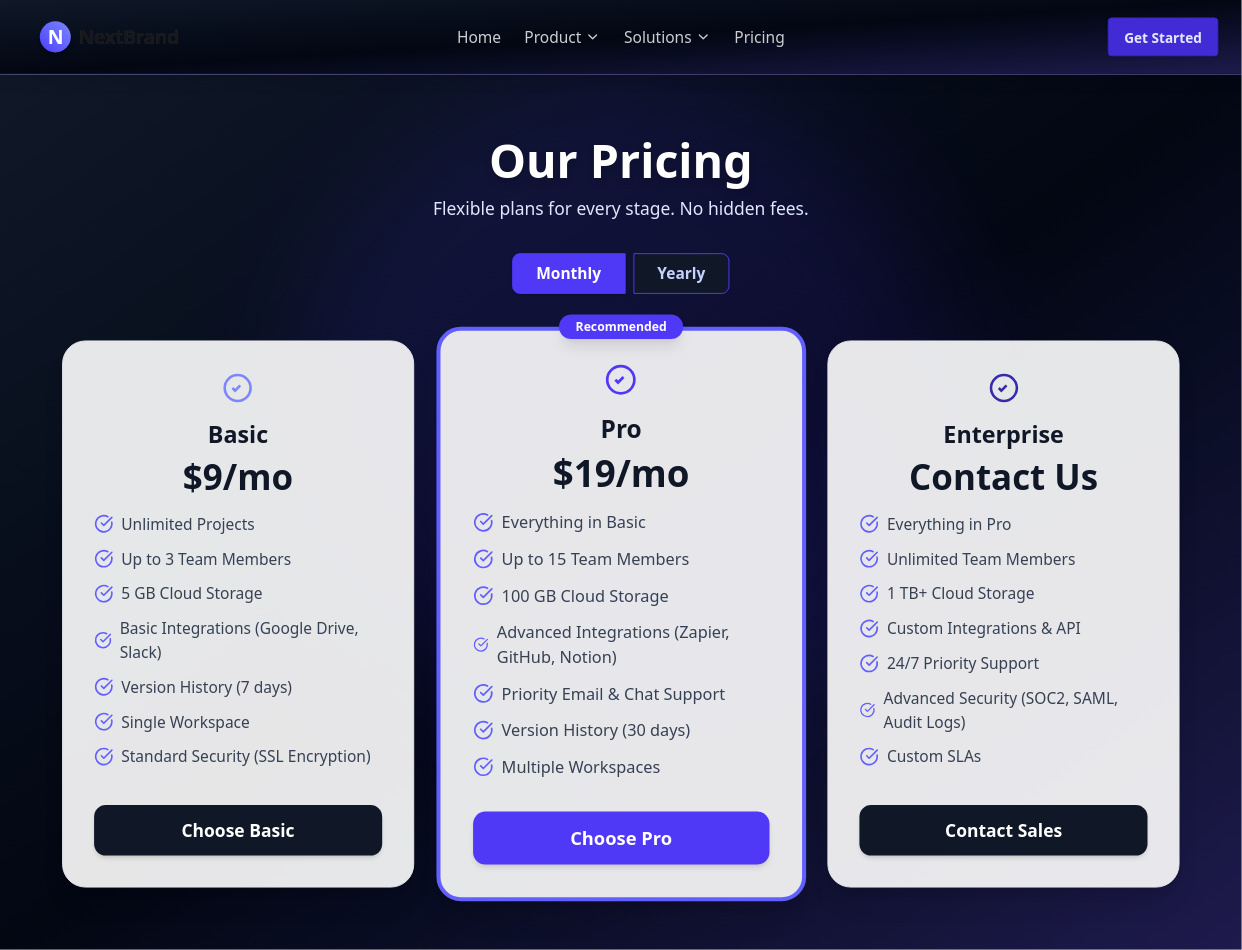
Repository: Chiranshukapil/Next_Brand
Page: /pricing
An editor plug-in stored every save of this project. The page is shown before and after the next save, followed by the edit.
The browser window is 1280 px wide. The pictures show the whole page, at 97% of full size.
The project was rebuilt for these pictures with package versions that can differ from the ones it lists, and the page was loaded fresh each time. Also part of the build but not shown: vite.config.js.

Above is the page before, as saved 2025-06-18 12:42:18.

After the next save:
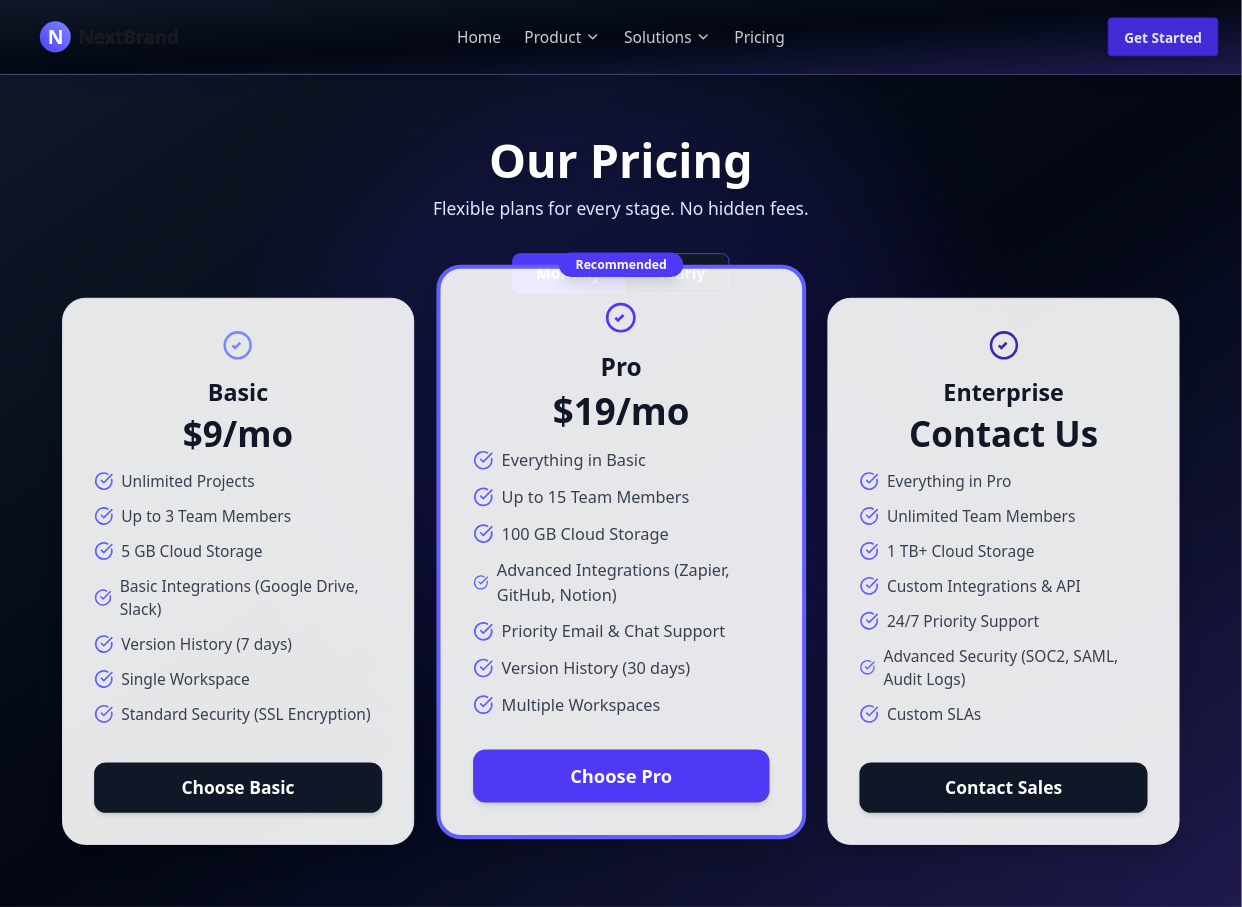
Saved 5 s later.
--- a/src/Components/PricingSection.jsx
+++ b/src/Components/PricingSection.jsx
@@ -5,7 +5,7 @@ const plans = [
   {
     name: "Basic",
     icon: (
-      <svg className="w-6 h-6 sm:w-7 sm:h-7 md:w-8 md:h-8 text-indigo-400" fill="none" stroke="currentColor" strokeWidth="2" viewBox="0 0 24 24">
+      <svg className="w-7 h-7 md:w-8 md:h-8 text-indigo-400" fill="none" stroke="currentColor" strokeWidth="2" viewBox="0 0 24 24">
         <circle cx="12" cy="12" r="10"/><path d="M8 12l2 2 4-4"/>
       </svg>
     ),
@@ -25,7 +25,7 @@ const plans = [
   {
     name: "Pro",
     icon: (
-      <svg className="w-6 h-6 sm:w-7 sm:h-7 md:w-8 md:h-8 text-indigo-600" fill="none" stroke="currentColor" strokeWidth="2" viewBox="0 0 24 24">
+      <svg className="w-7 h-7 md:w-8 md:h-8 text-indigo-600" fill="none" stroke="currentColor" strokeWidth="2" viewBox="0 0 24 24">
         <circle cx="12" cy="12" r="10"/><path d="M8 12l2 2 4-4"/>
       </svg>
     ),
@@ -45,7 +45,7 @@ const plans = [
   {
     name: "Enterprise",
     icon: (
-      <svg className="w-6 h-6 sm:w-7 sm:h-7 md:w-8 md:h-8 text-indigo-800" fill="none" stroke="currentColor" strokeWidth="2" viewBox="0 0 24 24">
+      <svg className="w-7 h-7 md:w-8 md:h-8 text-indigo-800" fill="none" stroke="currentColor" strokeWidth="2" viewBox="0 0 24 24">
         <circle cx="12" cy="12" r="10"/><path d="M8 12l2 2 4-4"/>
       </svg>
     ),
@@ -75,20 +75,21 @@ export default function PricingSection() {
   };
 
   return (
-    <section className="relative py-8 px-1 sm:px-2 md:py-16 md:px-0 bg-gradient-to-br from-gray-900 via-gray-950 to-indigo-950 min-h-[100vh]">
-      {/* Decorative background shapes */}
-      <div className="absolute top-0 left-1/2 -translate-x-1/2 w-[300px] h-[300px] sm:w-[500px] sm:h-[500px] md:w-[700px] md:h-[700px] rounded-full bg-indigo-800 opacity-20 blur-3xl pointer-events-none"></div>
+    <section className="relative py-10 px-2 md:py-16 md:px-0 bg-gradient-to-br from-gray-900 via-gray-950 to-indigo-950 min-h-[100vh]">
+
+      <div className="absolute top-0 left-1/2 -translate-x-1/2 w-[500px] h-[500px] md:w-[700px] md:h-[700px] rounded-full bg-indigo-800 opacity-20 blur-3xl pointer-events-none"></div>
+
       <div className="relative z-10 max-w-6xl mx-auto">
-        <h2 className="text-2xl sm:text-3xl md:text-5xl font-extrabold text-center mb-2 sm:mb-3 text-white drop-shadow-lg">
+        <h2 className="text-3xl md:text-5xl font-extrabold text-center mb-3 text-white drop-shadow-lg">
           Our Pricing
         </h2>
-        <p className="text-center text-indigo-100 mb-4 sm:mb-6 md:mb-8 text-sm sm:text-base md:text-lg">
+        <p className="text-center text-indigo-100 mb-6 md:mb-8 text-base md:text-lg">
           Flexible plans for every stage. No hidden fees.
         </p>
-        {/* Billing toggle */}
-        <div className="flex justify-center mb-4 sm:mb-6 md:mb-12 gap-2">
+
+        <div className="flex justify-center mb-6 md:mb-1 gap-2">
           <button
-            className={`px-3 py-1.5 sm:px-4 sm:py-2 md:px-6 md:py-2 rounded-l-lg font-semibold transition-colors duration-200 hover:cursor-pointer border border-indigo-600 focus:outline-none text-xs sm:text-sm md:text-base ${
+            className={`px-4 py-2 md:px-6 md:py-2 rounded-l-lg font-semibold transition-colors duration-200 hover:cursor-pointer border border-indigo-600 focus:outline-none text-sm md:text-base ${
               billing === "monthly"
                 ? "bg-indigo-600 text-white shadow"
                 : "bg-gray-900 text-indigo-200 hover:bg-indigo-700/20"
@@ -98,7 +99,7 @@ export default function PricingSection() {
             Monthly
           </button>
           <button
-            className={`px-3 py-1.5 sm:px-4 sm:py-2 md:px-6 md:py-2 rounded-r-lg font-semibold transition-colors duration-200 hover:cursor-pointer border border-indigo-600 focus:outline-none text-xs sm:text-sm md:text-base ${
+            className={`px-4 py-2 md:px-6 md:py-2 rounded-r-lg font-semibold transition-colors duration-200 hover:cursor-pointer border border-indigo-600 focus:outline-none text-sm md:text-base ${
               billing === "yearly"
                 ? "bg-indigo-600 text-white shadow"
                 : "bg-gray-900 text-indigo-200 hover:bg-indigo-700/20"
@@ -108,34 +109,35 @@ export default function PricingSection() {
             Yearly
           </button>
         </div>
-        <div className="grid grid-cols-1 md:grid-cols-3 gap-4 sm:gap-6 md:gap-8 items-stretch">
-          {plans.map((plan) => (
+        <div className="grid grid-cols-1 md:grid-cols-3 gap-6 md:gap-8 items-stretch">
+          {plans.map((plan, idx) => (
             <div
               key={plan.name}
-              className={`relative flex flex-col p-3 sm:p-4 md:p-8 rounded-2xl md:rounded-3xl border transition-transform duration-200 bg-white/90 shadow-xl hover:scale-[1.03] w-full max-w-xs sm:max-w-md mx-auto h-full ${
+              className={`relative flex flex-col p-4 md:p-8 rounded-3xl border transition-transform duration-200 bg-white/90 shadow-xl hover:scale-[1.03] w-full max-w-md mx-auto ${
                 plan.recommended
                   ? "border-4 border-indigo-500 bg-indigo-50 z-20 md:scale-105 shadow-2xl"
                   : "border-gray-200"
               }`}
+              style={plan.recommended && window.innerWidth >= 768 ? { top: '-20px' } : {}}
             >
               {plan.recommended && (
-                <span className="absolute -top-3 sm:-top-4 left-1/2 -translate-x-1/2 bg-indigo-600 text-white text-[10px] sm:text-xs px-3 sm:px-4 py-1 rounded-full font-semibold shadow-lg z-30">
+                <span className="absolute -top-4 left-1/2 -translate-x-1/2 bg-indigo-600 text-white text-xs px-4 py-1 rounded-full font-semibold shadow-lg z-30">
                   Recommended
                 </span>
               )}
-              <div className="flex justify-center mb-2 sm:mb-3 md:mb-4">{plan.icon}</div>
-              <h3 className="text-lg sm:text-xl md:text-2xl font-bold mb-1 sm:mb-2 text-gray-900 text-center">{plan.name}</h3>
-              <div className="text-2xl sm:text-3xl md:text-4xl font-extrabold mb-2 sm:mb-3 md:mb-4 text-center text-gray-900">{displayPrice(plan)}</div>
-              <ul className="flex-1 mb-4 sm:mb-6 md:mb-8 space-y-1 sm:space-y-2 md:space-y-3 text-gray-700 text-xs sm:text-sm md:text-base">
+              <div className="flex justify-center mb-3 md:mb-4">{plan.icon}</div>
+              <h3 className="text-xl md:text-2xl font-bold mb-1 md:mb-2 text-gray-900 text-center">{plan.name}</h3>
+              <div className="text-3xl md:text-4xl font-extrabold mb-3 md:mb-4 text-center text-gray-900">{displayPrice(plan)}</div>
+              <ul className="flex-1 mb-6 md:mb-8 space-y-2 md:space-y-3 text-gray-700 text-sm md:text-base">
                 {plan.features.map((f) => (
-                  <li key={f} className="flex items-center gap-1 sm:gap-2">
-                    <CheckCircle className="w-4 h-4 sm:w-5 sm:h-5 text-indigo-500" />
+                  <li key={f} className="flex items-center gap-2">
+                    <CheckCircle className="w-5 h-5 text-indigo-500" />
                     <span>{f}</span>
                   </li>
                 ))}
               </ul>
               <button
-                className={`py-1.5 px-3 sm:py-2 sm:px-4 md:py-3 md:px-6 rounded-lg md:rounded-xl font-semibold text-sm sm:text-base md:text-lg transition-all hover:cursor-pointer duration-200 shadow-md focus:outline-none ${
+                className={`py-2 px-4 md:py-3 md:px-6 rounded-xl font-semibold text-base md:text-lg transition-all hover:cursor-pointer duration-200 shadow-md focus:outline-none ${
                   plan.recommended
                     ? "bg-indigo-600 text-white hover:bg-indigo-700"
                     : "bg-gray-900 text-white hover:bg-indigo-600"
